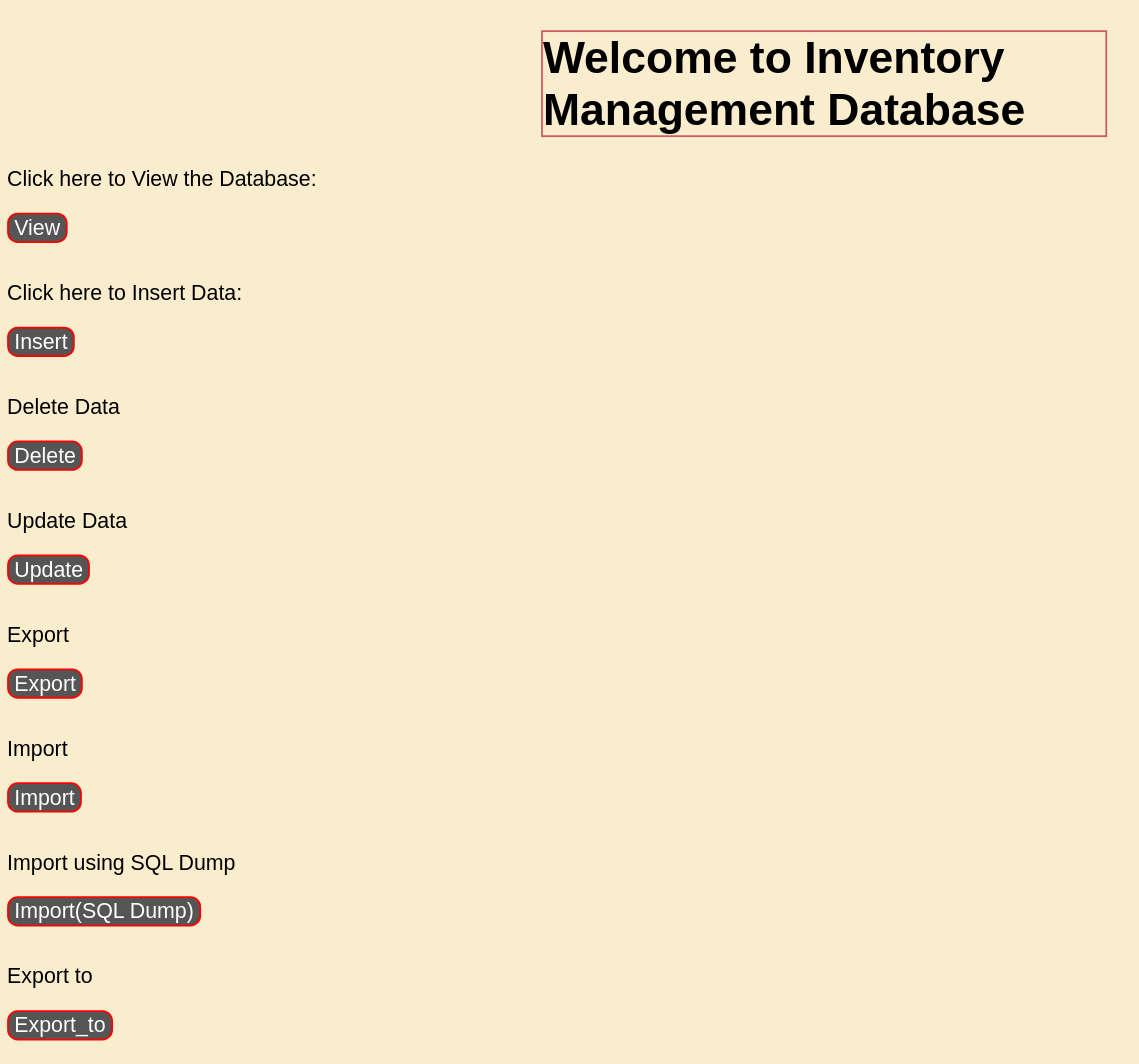
Repository: cyrusdwivedi2002/inventory-management-system
Page: DemoApp/src/main/webapp/Mainpage.html
An editor plug-in stored every save of this project. The page is shown before and after the next save, followed by the edit.
The browser window is 1280 px wide. The pictures show the whole page, at 89% of full size.
Some web fonts or font styles are not loaded; a fallback is used.

Above is the page before, as saved 2022-06-24 18:38:47.

After the next save:
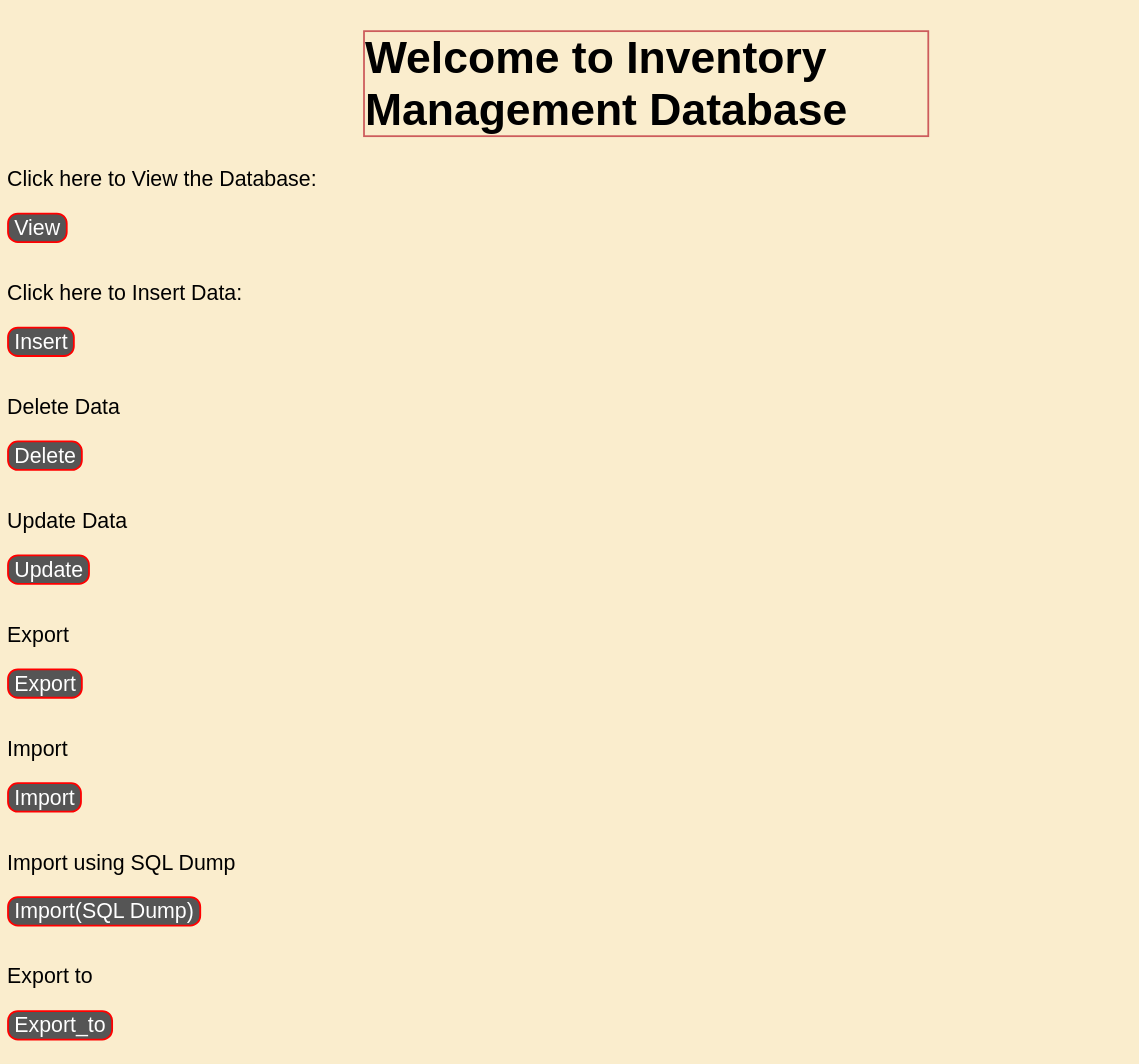
Saved 17 s later.
--- a/DemoApp/src/main/webapp/Mainpage.html
+++ b/DemoApp/src/main/webapp/Mainpage.html
@@ -15,7 +15,7 @@ font-family: 'Anek Latin', sans-serif;
 h1{
 color: black;
 width: 50%;
-margin-left:12em;
+margin-left:8em;
 border: 2px solid indianred;
 font-size:50px;
 }
